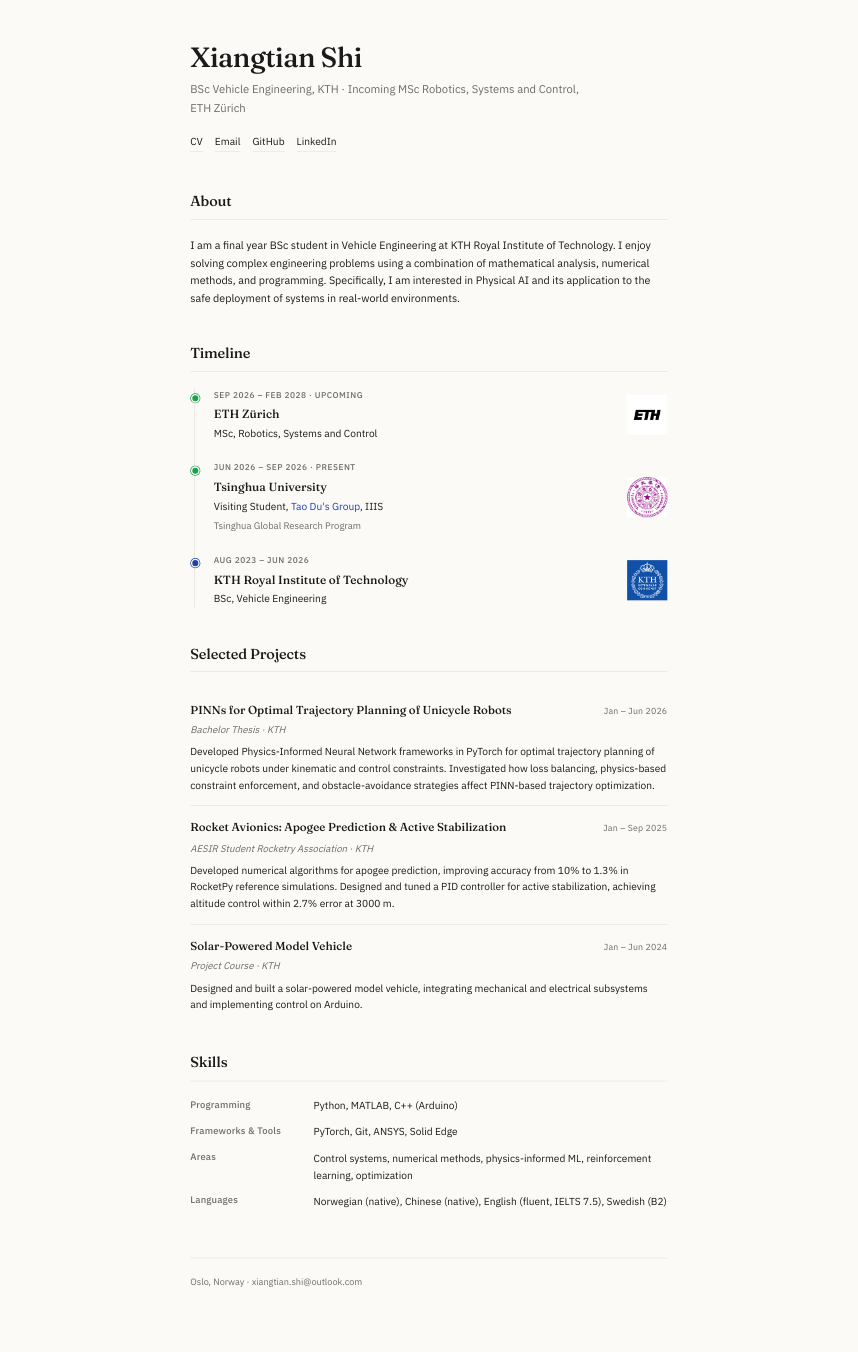
Repository: xitisch/xitisch.github.io
Page: index.html
An editor plug-in stored every save of this project. The page is shown before and after the next save, followed by the edit.
The browser window is 1280 px wide. The pictures show the whole page, at 67% of full size.

Above is the page before, as saved 2026-06-08 02:44:02.

### index.html
<!doctype html>
<html lang="en">
<head>
  <meta charset="UTF-8">
  <meta name="viewport" content="width=device-width, initial-scale=1.0">
  <link rel="stylesheet" href="style.css">
  <title>Xiangtian Shi</title>
</head>
<body>
  <div class="container">

    <header>
      <h1>Xiangtian Shi</h1>
      <p class="tagline">BSc Vehicle Engineering, KTH &middot; Incoming MSc Robotics, Systems and Control, ETH&nbsp;Zürich</p>
      <nav class="header-links">
        <a href="XiangtianShi_CV.pdf" target="_blank">CV</a>
        <a href="mailto:xiangtian.shi@outlook.com">Email</a>
        <a href="https://github.com/xitisch">GitHub</a>
        <a href="https://www.linkedin.com/in/xiangtian-shi-5ab47428b/">LinkedIn</a>
      </nav>
    </header>

    <section>
      <h2>About</h2>
      <p>
      I am a final year BSc student in Vehicle Engineering at KTH Royal Institute of Technology. I enjoy solving complex engineering problems using a combination of mathematical analysis, numerical methods, and programming. Specifically, I am interested in Physical AI and its application to the safe deployment of systems in real-world environments.
      </p>
    </section>

    <section>
      <h2>Timeline</h2>
      <div class="timeline">

        <div class="timeline-item current">
          <div class="timeline-item-text">
            <div class="timeline-date">Sep 2026 &ndash; Feb 2028 &middot; Upcoming</div>
            <div class="timeline-title">ETH Zürich</div>
            <div class="timeline-meta">MSc, Robotics, Systems and Control</div>
          </div>
          <img class="timeline-logo" src="images/eth.png" alt="ETH logo">
        </div>

        <div class="timeline-item current">
          <div class="timeline-item-text">
            <div class="timeline-date">Jun 2026 &ndash; Sep 2026 &middot; Present</div>
            <div class="timeline-title">Tsinghua University</div>
            <div class="timeline-meta">Visiting Student, <a href="https://people.iiis.tsinghua.edu.cn/~taodu/">Tao Du's Group</a>, IIIS</div>
            <div class="timeline-note">Tsinghua Global Research Program</div>
          </div>
          <img class="timeline-logo" src="images/thu.png" alt="THU logo">
        </div>

        <div class="timeline-item">
          <div class="timeline-item-text">
            <div class="timeline-date">Aug 2023 &ndash; Jun 2026</div>
            <div class="timeline-title">KTH Royal Institute of Technology</div>
            <div class="timeline-meta">BSc, Vehicle Engineering</div>
          </div>
          <img class="timeline-logo" src="images/kth.jpg" alt="KTH logo">
        </div>

      </div>
    </section>

    <section>
      <h2>Selected Projects</h2>

      <!--
      <article class="project">
        <div class="project-header">
          <h3 class="project-title">Reinforcement Learning for Soft Robot Control <span class="tag">Upcoming</span></h3>
          <div class="project-date">Jun &ndash; Aug 2026</div>
        </div>
        <div class="project-affiliation">Tao Du's Group, IIIS &middot; Tsinghua University</div>
        <p class="project-description">
          Extending a simulation framework to develop RL-based control of soft robotic systems in fluid environments, using lattice Boltzmann simulations.
        </p>
      </article>
      -->

      <article class="project">
        <div class="project-header">
          <h3 class="project-title">PINNs for Optimal Trajectory Planning of Unicycle Robots</h3>
          <div class="project-date">Jan &ndash; Jun 2026</div>
        </div>
        <div class="project-affiliation">Bachelor Thesis &middot; KTH</div>
        <p class="project-description">
          Developed Physics-Informed Neural Network frameworks in PyTorch for optimal trajectory planning of unicycle robots under kinematic and control constraints. Investigated how loss balancing, physics-based constraint enforcement, and obstacle-avoidance strategies affect PINN-based trajectory optimization.
        </p>
      </article>

      <article class="project">
        <div class="project-header">
          <h3 class="project-title">Rocket Avionics: Apogee Prediction &amp; Active Stabilization</h3>
          <div class="project-date">Jan &ndash; Sep 2025</div>
        </div>
        <div class="project-affiliation">AESIR Student Rocketry Association &middot; KTH</div>
        <p class="project-description">
          Developed numerical algorithms for apogee prediction, improving accuracy from 10% to 1.3% in RocketPy reference simulations. Designed and tuned a PID controller for active stabilization, achieving altitude control within 2.7% error at 3000&nbsp;m.
        </p>
      </article>

      <article class="project">
        <div class="project-header">
          <h3 class="project-title">Solar-Powered Model Vehicle</h3>
          <div class="project-date">Jan &ndash; Jun 2024</div>
        </div>
        <div class="project-affiliation">Project Course &middot; KTH</div>
        <p class="project-description">
          Designed and built a solar-powered model vehicle, integrating mechanical and electrical subsystems and implementing control on Arduino.
        </p>
      </article>

    </section>

    <section>
      <h2>Skills</h2>
      <dl class="skills-grid">
        <dt>Programming</dt>
        <dd>Python, MATLAB, C++ (Arduino)</dd>

        <dt>Frameworks &amp; Tools</dt>
        <dd>PyTorch, Git, ANSYS, Solid Edge</dd>

        <dt>Areas</dt>
        <dd>Control systems, numerical methods, physics-informed ML, reinforcement learning, optimization</dd>

        <dt>Languages</dt>
        <dd>Norwegian (native), Chinese (native), English (fluent, IELTS 7.5), Swedish (B2)</dd>
      </dl>
    </section>

    <!--
    <section>
      <h2>Beyond Engineering</h2>
      <p>
        Outside of work I play violin (10+ years, former regional competition winner) and table tennis (regional club), and spend as much time as possible hiking, skiing, and running &mdash; most recently the Stockholm Half Marathon 2025. From 2019 to 2022 I competed in Esports; my team won the PUBG Mobile Pro League Western Europe 2021 Spring Season among 16 professional teams.
      </p>
    </section>
    -->

    <footer>
      <p>Oslo, Norway &middot; <a href="mailto:xiangtian.shi@outlook.com">xiangtian.shi@outlook.com</a></p>
    </footer>

  </div>
</body>
</html>

### style.css
@import url('https://fonts.googleapis.com/css2?family=Fraunces:opsz,wght@9..144,400;9..144,500;9..144,600&family=IBM+Plex+Sans:wght@400;500;600&display=swap');

:root {
  --bg: #fbfaf6;
  --text: #1a1a1a;
  --text-muted: #6b6b6b;
  --border: #e7e3d7;
  --accent: #1e40af;
  --accent-soft: rgba(30, 64, 175, 0.08);
  --serif: 'Fraunces', Georgia, serif;
  --sans: 'IBM Plex Sans', -apple-system, BlinkMacSystemFont, sans-serif;
}

* { box-sizing: border-box; }

html { -webkit-text-size-adjust: 100%; }

body {
  font-family: var(--sans);
  background: var(--bg);
  color: var(--text);
  line-height: 1.65;
  margin: 0;
  font-size: 16px;
  -webkit-font-smoothing: antialiased;
  -moz-osx-font-smoothing: grayscale;
}

.container {
  max-width: 760px;
  margin: 0 auto;
  padding: 64px 24px 80px;
}

/* ---------- Typography ---------- */

h1 {
  font-family: var(--serif);
  font-weight: 500;
  font-size: 2.6rem;
  line-height: 1.05;
  margin: 0 0 0.3em;
  letter-spacing: -0.02em;
}

h2 {
  font-family: var(--serif);
  font-weight: 500;
  font-size: 1.35rem;
  margin: 0 0 1.1em;
  letter-spacing: -0.01em;
  padding-bottom: 0.4em;
  border-bottom: 1px solid var(--border);
}

h3 {
  margin: 0;
  font-weight: 500;
  font-size: 1rem;
}

p { margin: 0 0 1em; }

a {
  color: var(--accent);
  text-decoration: none;
  border-bottom: 1px solid transparent;
  transition: border-color 0.15s ease;
}

a:hover { border-bottom-color: var(--accent); }

/* ---------- Header ---------- */

header { margin-bottom: 56px; }

.tagline {
  color: var(--text-muted);
  font-size: 1.05rem;
  margin: 0 0 1.4em;
  max-width: 60ch;
}

.header-links {
  display: flex;
  flex-wrap: wrap;
  gap: 18px;
  font-size: 0.95rem;
}

.header-links a {
  color: var(--text);
  border-bottom: 1px solid var(--border);
  padding-bottom: 2px;
}

.header-links a:hover {
  border-bottom-color: var(--accent);
  color: var(--accent);
}

/* ---------- Sections ---------- */

section { margin-bottom: 52px; }

/* ---------- Timeline ---------- */

.timeline {
  position: relative;
  margin-left: 6px;
  padding-left: 28px;
  border-left: 1px solid var(--border);
}

.timeline-item {
  position: relative;
  margin-bottom: 28px;
  display: flex;
  align-items: center;
  gap: 24px;
}

.timeline-item-text {
  flex: 1 1 auto;
  min-width: 0;
}

.timeline-logo {
  width: 60px;
  height: 60px;
  object-fit: contain;
  flex-shrink: 0;
}

.timeline-item:last-child { margin-bottom: 0; }

.timeline-item::before {
  content: '';
  position: absolute;
  left: -34px;
  top: 9px;
  width: 9px;
  height: 9px;
  background: var(--accent);
  border-radius: 50%;
  border: 2px solid var(--bg);
  box-shadow: 0 0 0 1px var(--accent);
}

.timeline-item.current::before {
  background: #16a34a;
  box-shadow: 0 0 0 1px #16a34a;
}

.timeline-item.future::before {
  background: var(--bg);
  box-shadow: 0 0 0 1px var(--accent);
}

.timeline-date {
  font-size: 0.78rem;
  color: var(--text-muted);
  font-weight: 500;
  letter-spacing: 0.06em;
  text-transform: uppercase;
  margin-bottom: 4px;
}

.timeline-title {
  font-family: var(--serif);
  font-size: 1.1rem;
  font-weight: 500;
  margin-bottom: 2px;
}

.timeline-meta {
  color: var(--text);
  font-size: 0.95rem;
}

.timeline-note {
  margin-top: 6px;
  font-size: 0.88rem;
  color: var(--text-muted);
}

/* ---------- Projects / Experience entries ---------- */

.project {
  padding: 18px 0;
  border-bottom: 1px solid var(--border);
}

.project:first-child { padding-top: 4px; }
.project:last-child { border-bottom: none; padding-bottom: 4px; }

.project-header {
  display: flex;
  justify-content: space-between;
  align-items: baseline;
  gap: 16px;
  margin-bottom: 4px;
  flex-wrap: wrap;
}

.project-title {
  font-family: var(--serif);
  font-size: 1.08rem;
  font-weight: 500;
  flex: 1 1 auto;
  min-width: 0;
}

.project-date {
  font-size: 0.82rem;
  color: var(--text-muted);
  white-space: nowrap;
  letter-spacing: 0.02em;
}

.project-affiliation {
  color: var(--text-muted);
  font-size: 0.9rem;
  margin-bottom: 8px;
  font-style: italic;
}

.project-description {
  margin: 0;
  font-size: 0.95rem;
}

.tag {
  display: inline-block;
  font-family: var(--sans);
  font-size: 0.68rem;
  padding: 2px 8px;
  background: var(--accent-soft);
  color: var(--accent);
  border-radius: 3px;
  margin-left: 8px;
  font-weight: 500;
  letter-spacing: 0.08em;
  text-transform: uppercase;
  vertical-align: middle;
  font-style: normal;
}

/* ---------- Skills ---------- */

.skills-grid {
  display: grid;
  grid-template-columns: 160px 1fr;
  gap: 14px 24px;
  margin: 0;
}

.skills-grid dt {
  font-weight: 500;
  color: var(--text-muted);
  font-size: 0.88rem;
  letter-spacing: 0.02em;
}

.skills-grid dd {
  margin: 0;
  font-size: 0.95rem;
}

/* ---------- Footer ---------- */

footer {
  margin-top: 72px;
  padding-top: 24px;
  border-top: 1px solid var(--border);
  font-size: 0.85rem;
  color: var(--text-muted);
}

footer a { color: var(--text-muted); }
footer a:hover { color: var(--accent); }

/* ---------- Responsive ---------- */

@media (max-width: 600px) {
  .container { padding: 40px 20px 60px; }
  h1 { font-size: 2.05rem; }
  h2 { font-size: 1.2rem; }

  .skills-grid {
    grid-template-columns: 1fr;
    gap: 2px 0;
  }
  .skills-grid dt { margin-top: 10px; }
  .skills-grid dt:first-child { margin-top: 0; }

  .project-header {
    flex-direction: column;
    align-items: flex-start;
    gap: 2px;
  }
  .project-date { font-size: 0.78rem; }

  .timeline { padding-left: 22px; }
  .timeline-item::before { left: -28px; }
  .timeline-item { gap: 16px; }
  .timeline-logo { width: 48px; height: 48px; }
}

After the next save:
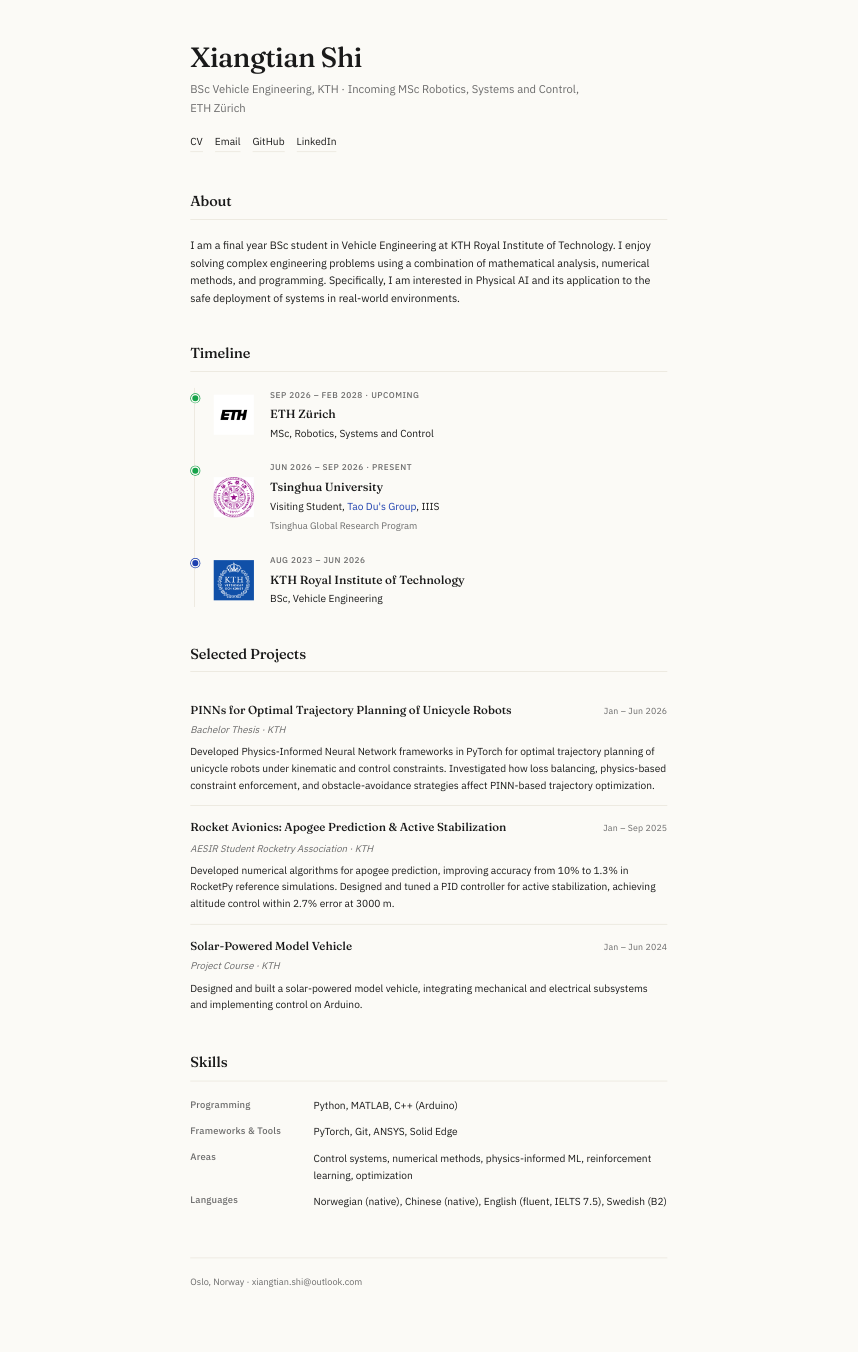
Saved 6 min 57 s later.
--- a/index.html
+++ b/index.html
@@ -32,31 +32,31 @@
       <div class="timeline">
 
         <div class="timeline-item current">
+          <img class="timeline-logo" src="images/eth.png" alt="ETH logo">
           <div class="timeline-item-text">
             <div class="timeline-date">Sep 2026 &ndash; Feb 2028 &middot; Upcoming</div>
             <div class="timeline-title">ETH Zürich</div>
             <div class="timeline-meta">MSc, Robotics, Systems and Control</div>
           </div>
-          <img class="timeline-logo" src="images/eth.png" alt="ETH logo">
         </div>
 
         <div class="timeline-item current">
+          <img class="timeline-logo" src="images/thu.png" alt="THU logo">
           <div class="timeline-item-text">
             <div class="timeline-date">Jun 2026 &ndash; Sep 2026 &middot; Present</div>
             <div class="timeline-title">Tsinghua University</div>
             <div class="timeline-meta">Visiting Student, <a href="https://people.iiis.tsinghua.edu.cn/~taodu/">Tao Du's Group</a>, IIIS</div>
             <div class="timeline-note">Tsinghua Global Research Program</div>
           </div>
-          <img class="timeline-logo" src="images/thu.png" alt="THU logo">
         </div>
 
         <div class="timeline-item">
+          <img class="timeline-logo" src="images/kth.jpg" alt="KTH logo">
           <div class="timeline-item-text">
             <div class="timeline-date">Aug 2023 &ndash; Jun 2026</div>
             <div class="timeline-title">KTH Royal Institute of Technology</div>
             <div class="timeline-meta">BSc, Vehicle Engineering</div>
           </div>
-          <img class="timeline-logo" src="images/kth.jpg" alt="KTH logo">
         </div>
 
       </div>
